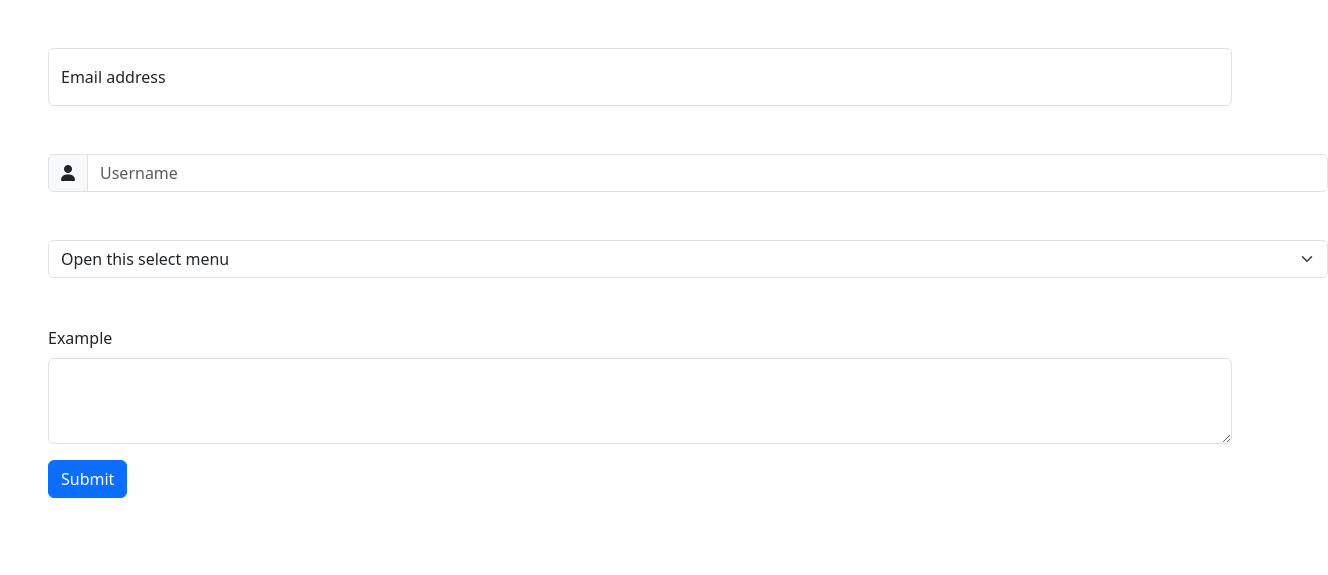
Repository: Riyakashiwala/practical
Page: riya 6th sem/form.html
The author's editor kept a copy of each file at every save. The page is drawn from the files as they stood at one save, then again after the next save.
The browser window is 1280 px wide. The page is 1328 px wide, so the pictures cover 1328 px, including what lies to the right of the window. The pictures show the whole page.

Above is the page before, as saved 2024-12-12 06:15:25.

After the next save:
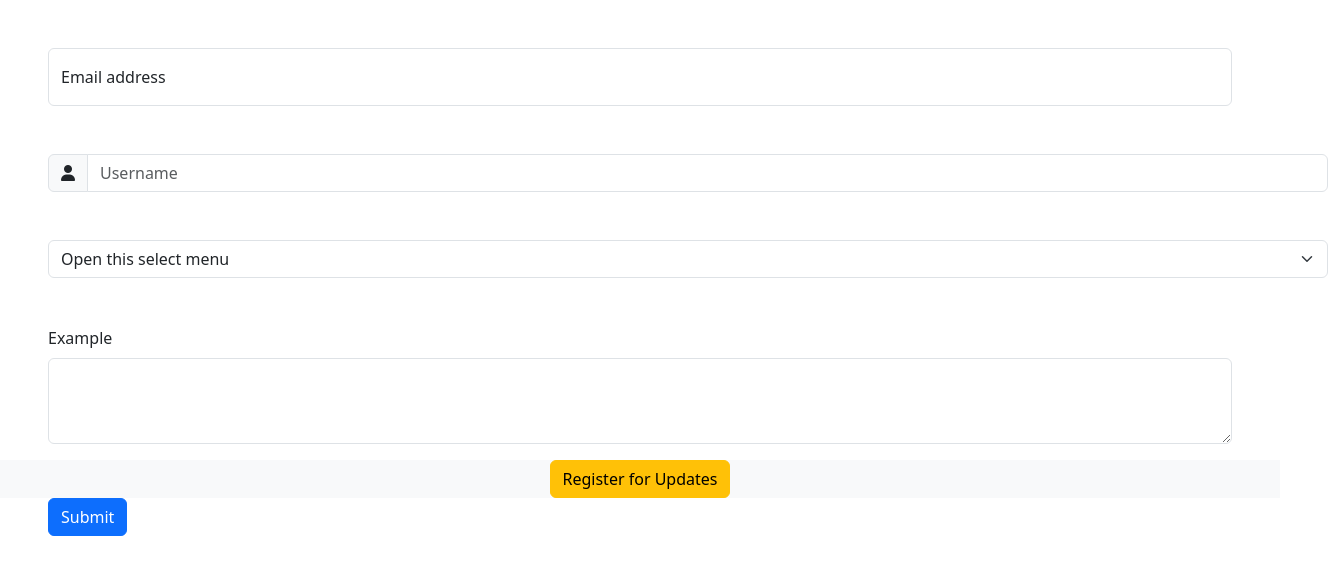
Saved 3 days later.
--- a/riya 6th sem/form.html
+++ b/riya 6th sem/form.html
@@ -31,6 +31,38 @@
         <textarea class="form-control" id="exampleFormControlTextarea1" rows="3"></textarea>
     </div>
 
+    <section>
+        <div class="text-center bg-light">
+            <button class="btn btn-warning" data-bs-toggle="modal" data-bs-target="#regmodal">Register for Updates</button>
+        </div>
+    </section>
+    <div class="modal" tabindex="-1" id="regmodal">
+        <div class="modal-dialog">
+        <div class="modal-content">
+            <div class="modal-header">
+                <h5 class="modal-title">Register for Updates</h5>
+                <button type="button" class="btn-close" data-bs-dismiss="modal" aria-label="Close"></button>
+            </div>
+            <div class="modal-body">
+                <p>Lorem ipsum dolor, sit amet consectetur adipisicing elit. Totam cumque doloremque corrupti voluptatibus dolorum facilis ducimus pariatur? Placeat ipsum non ea perferendis mollitia. Fuga voluptates hic impedit magnam nulla! Corporis.</p>
+            </div>
+            <div class="modal-footer">
+                <button type="button" class="btn btn-warning">Save changes</button>
+            </div>
+        </div>
+        </div>
+        </div>
+
+        <div class="offcanvas offcanvas-start" tabindex="-1" id="offcanvas" aria-labelledby="offcanvasLabel">
+        <div class="offcanvas-header">
+            <h5 class="offcanvas-title" id="offcanvasLabel">Explore Other Books</h5>
+            <button type="button" class="btn-close" data-bs-dismiss="offcanvas" aria-label="Close"></button>
+        </div>
+        <div class="offcanvas-body">
+            Content for the offcanvas goes here. You can place just about any Bootstrap component or custom elements here.
+        </div>
+    </div>
+
     <input class="btn btn-primary ms-5" type="submit">
     <script src="https://cdn.jsdelivr.net/npm/bootstrap@5.3.3/dist/js/bootstrap.bundle.min.js" integrity="sha384-YvpcrYf0tY3lHB60NNkmXc5s9fDVZLESaAA55NDzOxhy9GkcIdslK1eN7N6jIeHz" crossorigin="anonymous"></script>
 </body>
